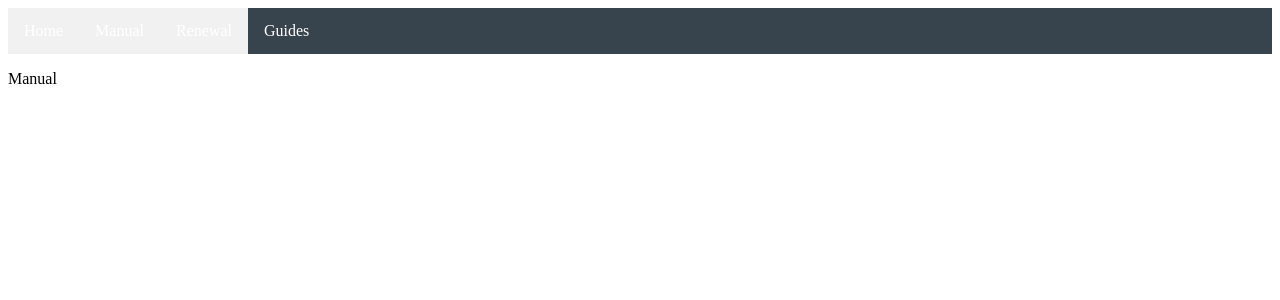
Repository: muesinga/ticketoffice-dot-info
Page: guides/manual.html
An editor plug-in stored every save of this project. The page is shown before and after the next save, followed by the edit.
The browser window is 1280 px wide. The pictures show the whole page.

Above is the page before, as saved 2022-06-07 14:47:18.
Console error: TypeError: Cannot read properties of null (reading 'getElementsByClassName')

### guides/manual.html
<!DOCTYPE html>
<html>
<head>
    <link rel="stylesheet" href="/style/style.css">
    <link rel="import" href="/components/nav.html">
    <script src="/src/nav.js" deferd></script>
    <script src="/src/index.js" defer></script>
</head>
<body>
    <script id="replace_with_navbar" src="index.js"></script>
<p>
    Manual
</p>

</body>
</html>

### style/style.css
#navlink-container {
  list-style-type: none;
  margin: 0;
  padding: 0;
  overflow: hidden;
  background-color: #38444d;
}
.navlink {
  border: none;
  outline: none;
  padding: 14px 16px;
  background-color: #f1f1f1;
  text-decoration: none;
  display: block;
  color: white;
  float: left;
}

.active, .navlink:hover, .dropdown:hover {
  background-color: #000000;
  color: white;
}

.dropbtn {
  display: inline-block;
  color: white;
  text-align: center;
  padding: 14px 16px;
  text-decoration: none;

}

li.dropdown {
  display: inline-block;
}

.dropdown-content {
  display: none;
  position: absolute;
  background-color: #f9f9f9;
  min-width: 160px;
  box-shadow: 0px 8px 16px 0px rgba(0,0,0,0.2);
  z-index: 1;
}

.dropdown-content a {
  color: black;
  padding: 12px 16px;
  text-decoration: none;
  display: block;
  text-align: left;
}

.dropdown-content a:hover {background-color: #f1f1f1;}

.dropdown:hover .dropdown-content {
  display: block;
}

### src/nav.js
fetch('/components/nav.html')
.then(res => res.text())
.then(text => {
    let oldelem = document.querySelector("script#replace_with_navbar");
    let newelem = document.createElement("div");
    newelem.innerHTML = text;
    oldelem.parentNode.replaceChild(newelem,oldelem);
})

### src/index.js
var navlinkContainer = document.getElementById("navlink-container")
var navlinks = navlinkContainer.getElementsByClassName("navlink")


for (var i = 0; i < navlinks.length; i++) {
    navlinks[i].addEventListener("click", function() {
        var current = document.getElementsByClassName("active");
        current[0].className = current[0].className,replace("active", "");
        this.className += "active";
    });
}

### components/nav.html
<nav>
    <ul id="navlink-container">
        <li><a class="navlink" href="../index.html">Home</a></li>
        <li><a class="navlink" href="../guides/manual.html">Manual</a></li>
        <li><a class="navlink" href="../guides/renewal.html">Renewal</a></li>
        <li class="dropdown">
        <a href="javascript:void(0)" class="dropbtn">Guides</a>
        <div class="dropdown-content">
            <a href="../guides/manual.html">Manual</a>
            <a href="../guides/renewal.html">Renewal</a>
        </div>
        </li>
    </ul>
</nav>

After the next save:
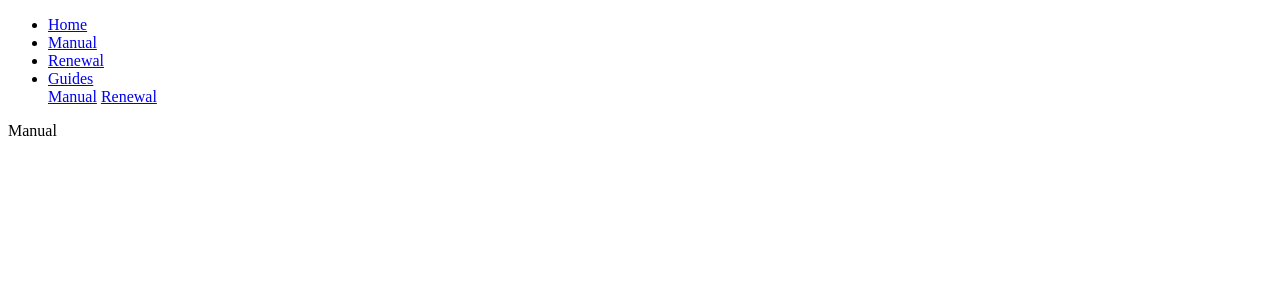
Saved 10 min 41 s later.
--- a/style/style.css
+++ b/style/style.css
@@ -1,4 +1,4 @@
-#navlink-container {
+/* #navlink-container {
   list-style-type: none;
   margin: 0;
   padding: 0;
@@ -55,4 +55,4 @@
 
 .dropdown:hover .dropdown-content {
   display: block;
-}
+} */
